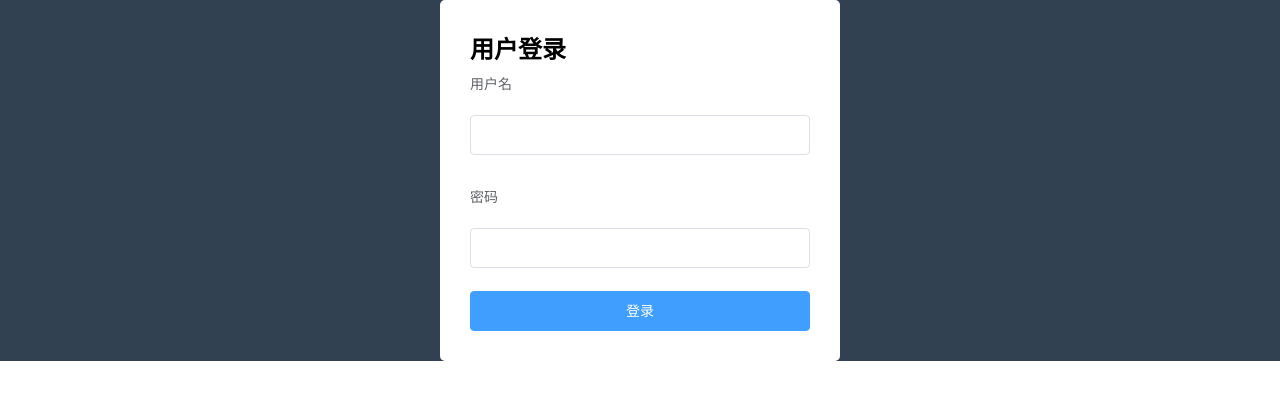
Repository: zhouzhiwengang/one
Page: /
The author's editor kept a copy of each file at every save. The page is drawn from the files as they stood at one save, then again after the next save.
The browser window is 1280 px wide. The pictures show the whole page.
The project was rebuilt for these pictures with package versions that can differ from the ones it lists, and the page was loaded fresh each time. Also part of the build but not shown: src/components/home.vue.

Above is the page before, as saved 2021-02-08 15:15:56.

After the next save:
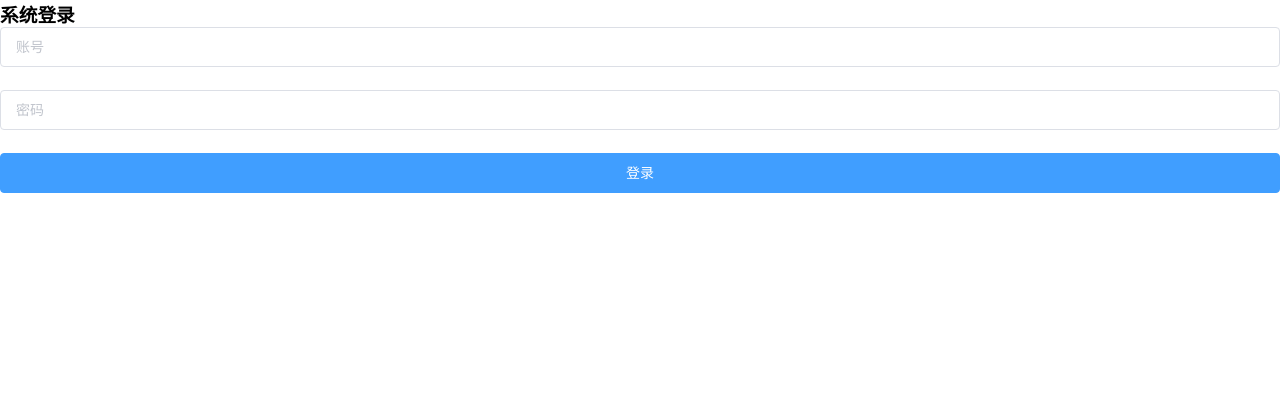
Saved 66 s later.
--- a/src/components/login.vue
+++ b/src/components/login.vue
@@ -1,22 +1,35 @@
 
 <template>
-  <div class="login-wrap">
-    <el-form
-      class="login-form"
-      label-position="top"
-      label-width="80px"
-      :model="loginForm"
-    >
-      <h2>用户登录</h2>
-      <el-form-item label="用户名">
-        <el-input v-model="loginForm.username"></el-input>
-      </el-form-item>
-      <el-form-item label="密码">
-        <el-input v-model="loginForm.password"></el-input>
-      </el-form-item>
-      <el-button class="login-btn" type="primary" @click="login()">登录</el-button>
-    </el-form>
+   <div class="login-container">
+    <el-form label-position="left"
+      label-width="0px"
+      status-icon>
+        <h3 class="login_title">系统登录</h3>
+        <el-form-item>
+          <el-input
+            type="text"
+            v-model="loginForm.username"
+            auto-coplete="off"
+            placeholder="账号">
+          </el-input>
+        </el-form-item>
+        <el-form-item>
+          <el-input
+            type="password"
+            v-model="loginForm.password"
+            auto-coplete="off"
+            placeholder="密码">
+          </el-input>
+        </el-form-item>
+        <el-form-item style="width: 100%">
+          <el-button type="primary" @click.native.prevent="login" style="width: 100%">登录</el-button>
+          <!--
+          <el-button type="primary" @click.native.prevent="register" style="width: 100%; margin-top: 30px">注册</el-button>
+          -->
+        </el-form-item>
+      </el-form>
   </div>
+
 </template>
 
 <script>
